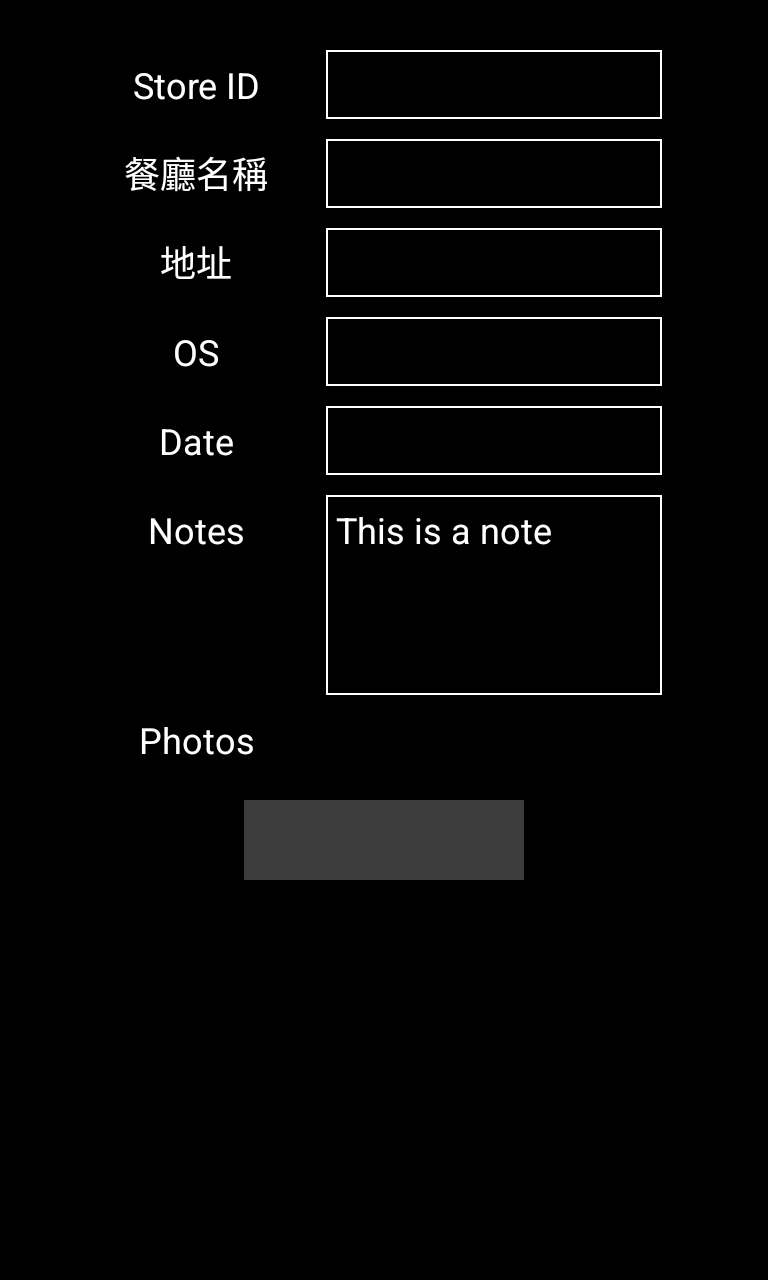
Repository: cnevinc/togather
Layout: GeorgeMe/res/layout/act_invatation.xml
An editor plug-in stored every save of this project. The layout is shown before and after the next save, followed by the edit.
It is drawn on a 768 x 1280 px phone screen (xhdpi) without system bars, with theme android:Theme.Holo; the app's code is not run.

Above is the layout before, as saved 2014-07-27 00:52:22.

After the next save:
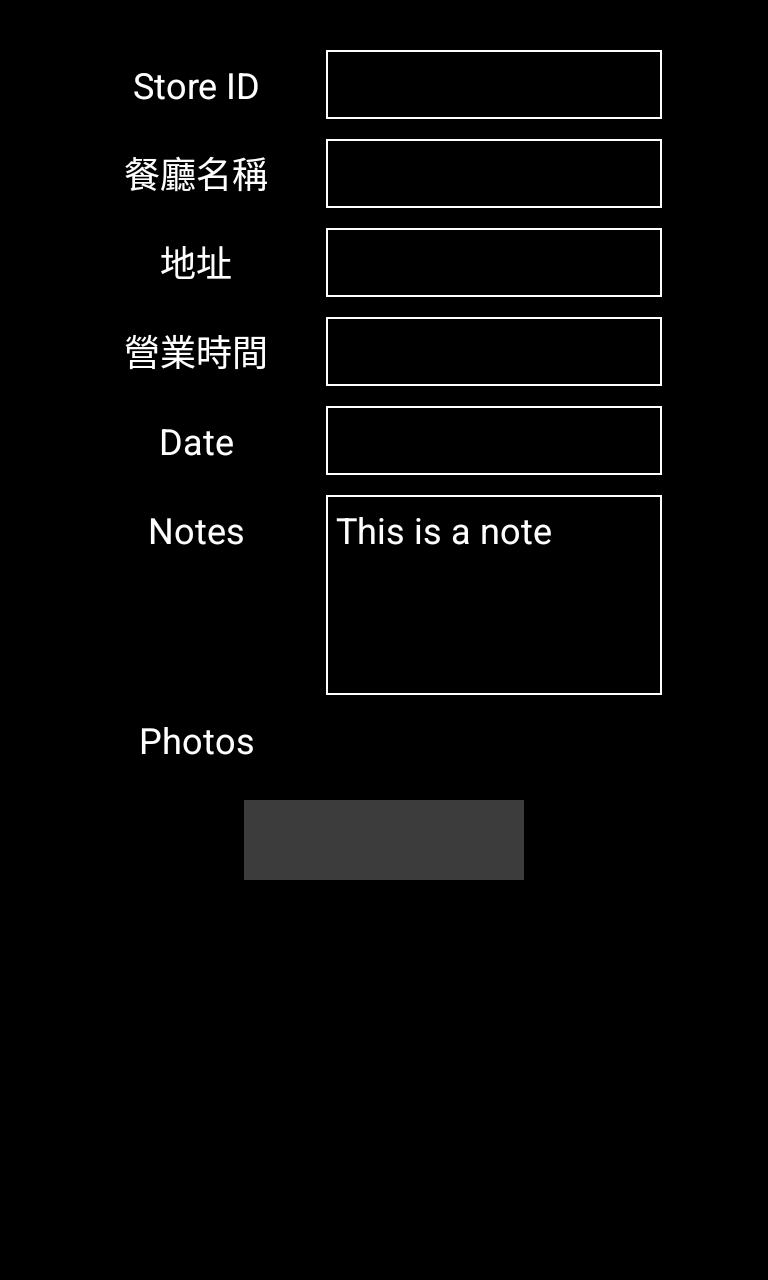
Saved 19 s later.
--- a/GeorgeMe/res/layout/act_invatation.xml
+++ b/GeorgeMe/res/layout/act_invatation.xml
@@ -118,7 +118,7 @@
                         android:layout_width="90dp"
                         android:layout_height="wrap_content"
                         android:gravity="center"
-                        android:text="OS"
+                        android:text="營業時間"
                         android:textAppearance="?android:attr/textAppearanceMedium"
                         android:textColor="#ffffff" />
 
